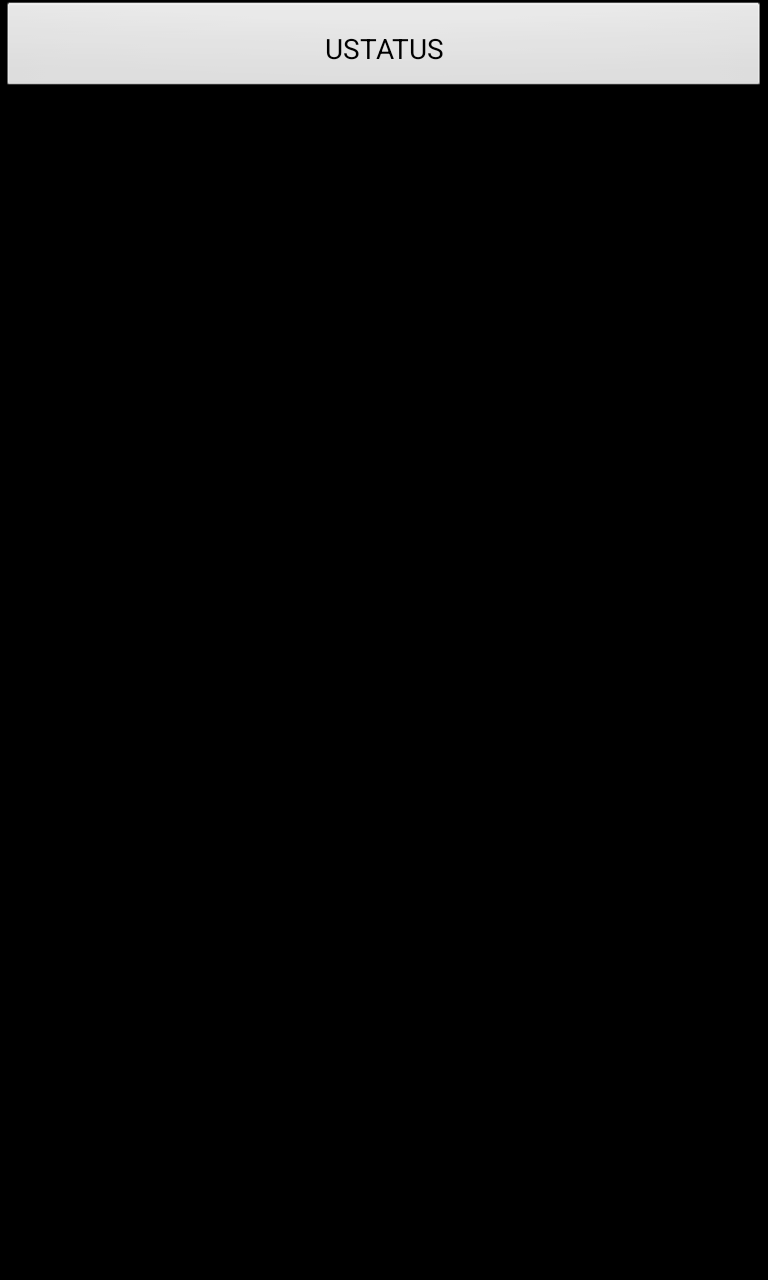
Repository: sergioenriquez/CSTE
Layout: HNAD/res/layout/devcmdtab.xml
The author's editor kept a copy of each file at every save. The layout is drawn from the files as they stood at one save, then again after the next save.
It is drawn on a 768 x 1280 px phone screen (xhdpi) without system bars, with theme android:Theme.NoTitleBar; the app's code is not run.

Above is the layout before, as saved 2011-12-19 06:47:22.

After the next save:
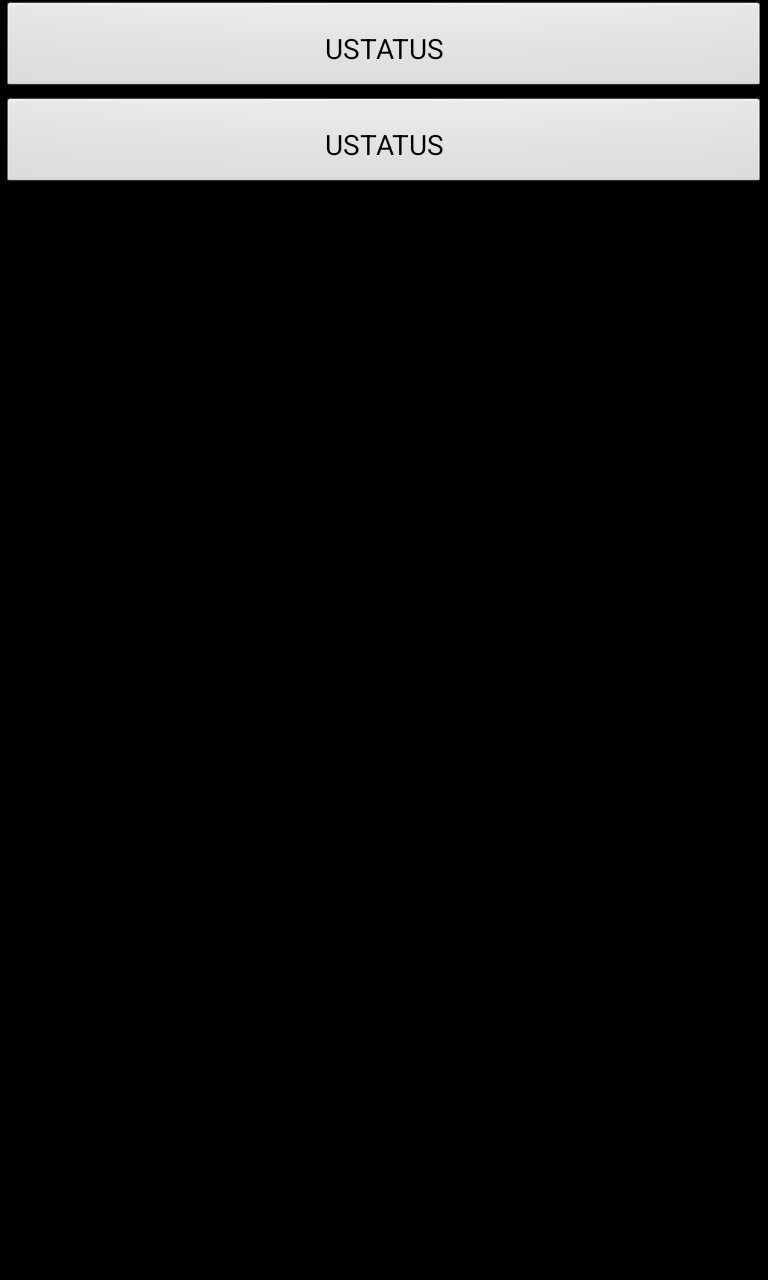
Saved 6 s later.
--- a/HNAD/res/layout/devcmdtab.xml
+++ b/HNAD/res/layout/devcmdtab.xml
@@ -11,5 +11,12 @@
        android:layout_gravity="right"
        android:padding="12dp"
        android:gravity="center" />
+    <Button
+       android:text="USTATUS"
+       android:layout_height="wrap_content"
+       android:layout_width="match_parent"
+       android:layout_gravity="right"
+       android:padding="12dp"
+       android:gravity="center" />
 
 </LinearLayout>
